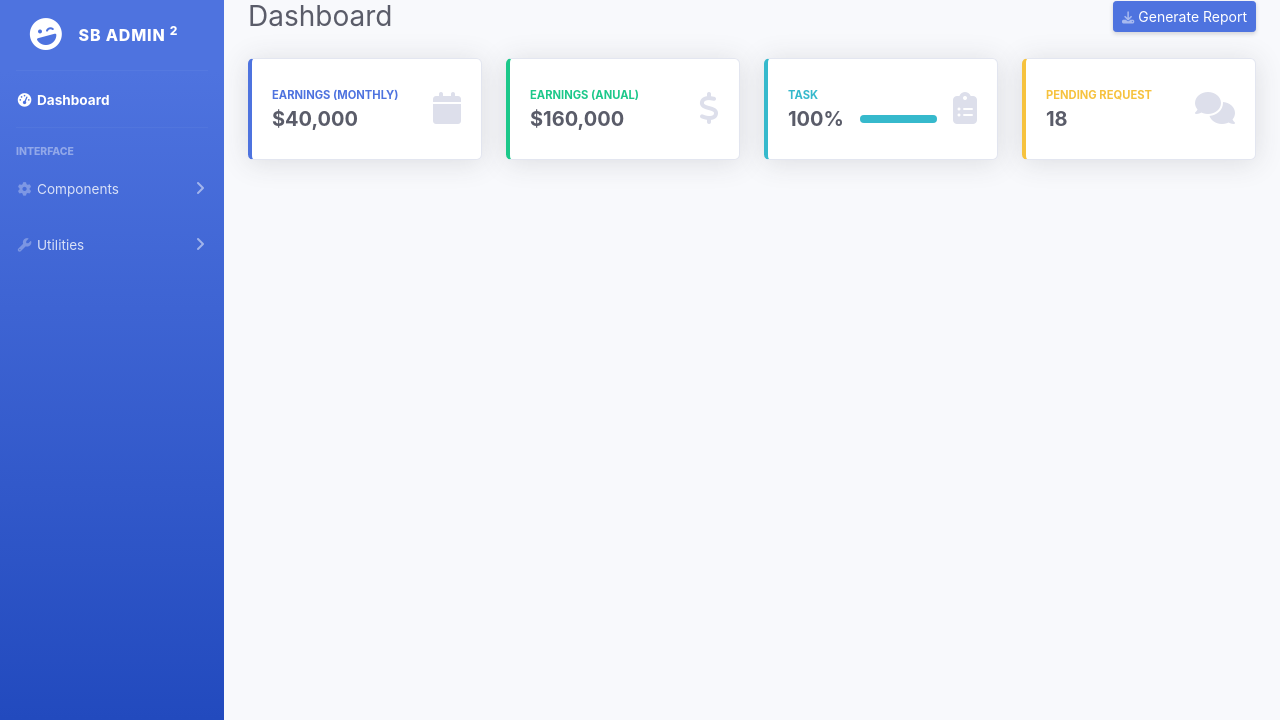
Repository: muzthy8/sb-admin-crud
Page: /dashboard
An editor plug-in stored every save of this project. The page is shown before and after the next save, followed by the edit.
The browser window is 1280 px wide. The pictures show the whole page.
Some web libraries are served in a nearby version. The project was rebuilt for these pictures with package versions that can differ from the ones it lists, and the page was loaded fresh each time.

Above is the page before, as saved 2023-07-02 11:02:07.

After the next save:
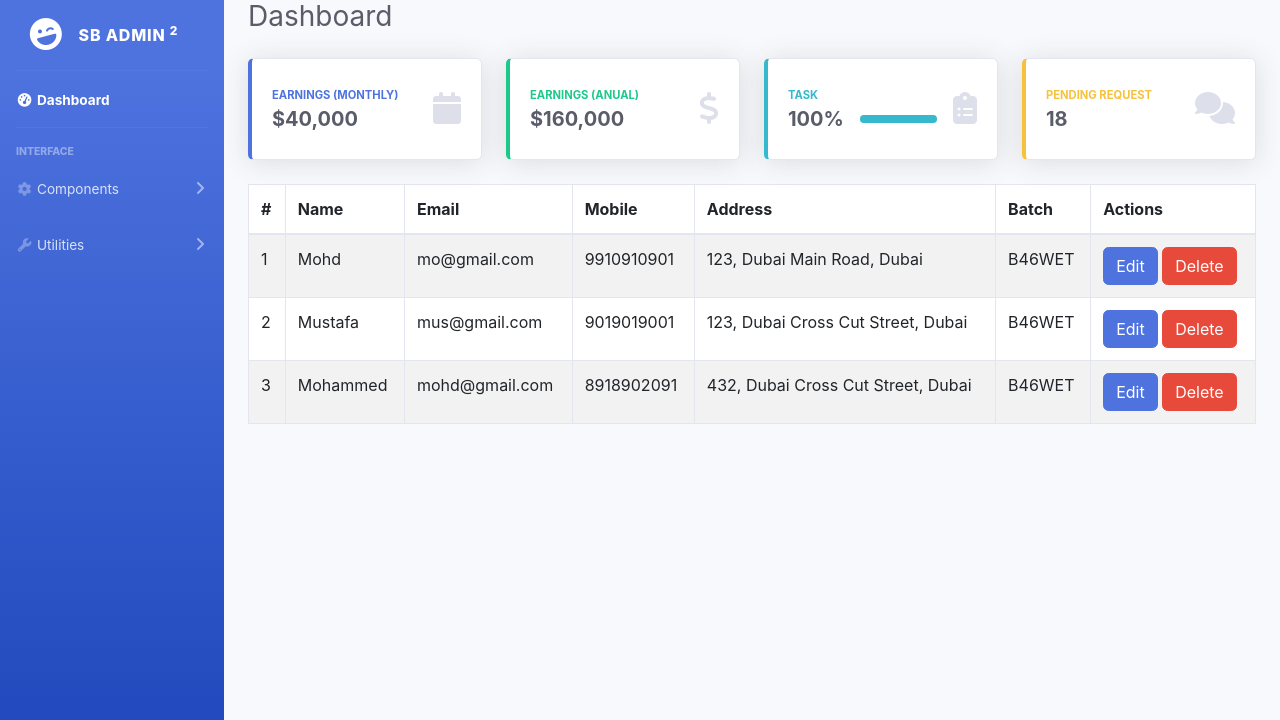
Saved 12 min 34 s later.
--- a/src/components/DashBoard.js
+++ b/src/components/DashBoard.js
@@ -1,7 +1,11 @@
 import React from 'react'
 import Card from "./Card";
+import Table from 'react-bootstrap/Table';
+import Button from 'react-bootstrap/Button';
+import { Link,useNavigate } from 'react-router-dom';
 
-function Dashboard() {
+function Dashboard({users,setUsers}) {
+  let navigate = useNavigate()
   let data = [
     {
       title:"Earnings (Monthly)",
@@ -32,12 +36,16 @@ function Dashboard() {
       isProgress:false
     }
   ]
+
+  let handleDelete = (i)=>{
+    let newUsers = [...users]
+    newUsers.splice(i,1)
+    setUsers(newUsers)
+  }
   return <>
      <div className="container-fluid">
             <div className="d-sm-flex align-items-center justify-content-between mb-4">
                 <h1 className="h3 mb-0 text-gray-800">Dashboard</h1>
-                <a href="javascript(void)" className="d-none d-sm-inline-block btn btn-sm btn-primary shadow-sm"><i
-                        className="fas fa-download fa-sm text-white-50"></i> Generate Report</a>
             </div>
 
             <div className="row">
@@ -55,7 +63,57 @@ function Dashboard() {
                 }
 
             </div>
-        </div>
+      </div>
+      <div className='container-fluid'>
+      <Table striped bordered hover>
+      <thead>
+        <tr>
+          <th>#</th>
+          <th>Name</th>
+          <th>Email</th>
+          <th>Mobile</th>
+          <th>Address</th>
+          <th>Batch</th>
+          <th>Actions</th>
+        </tr>
+      </thead>
+      <tbody>
+        {
+          users.map((e,i)=>{
+            return <tr key={i}>
+              <td>{i+1}</td>
+              <td>{e.name}</td>
+              <td>{e.email}</td>
+              <td>{e.mobile}</td>
+              <td>{e.address}</td>
+              <td>{e.batch}</td>
+              <td>
+                <Button variant='primary' onClick={()=>{navigate(`/edit-user/${i}`)}}>
+                  {/* <Link to={`/edit-user/${i}`}>Edit</Link> */}
+                  Edit
+                </Button>
+                &nbsp;
+                <Button variant='danger' onClick={()=>handleDelete(i)}>Delete</Button>
+              </td>
+            </tr>
+          })
+        }
+      </tbody>
+    </Table>
+      </div>
+      {/* <div>
+        <h2>Expectation of a FSD Project</h2>
+        <ul>
+          <li>Proper Sign In and Signup Flow is expected</li>
+          <li>Forgot and reset password</li>
+          <li>Should invole all basic crud application</li>
+          <li>Role based App rendering</li>
+          <li>Charts or Graphs providing some data</li>
+          <li>Export Functionality</li>
+          <li>Mobile Responsive</li>
+
+        </ul>
+      </div> */}
   </>
 }
 
